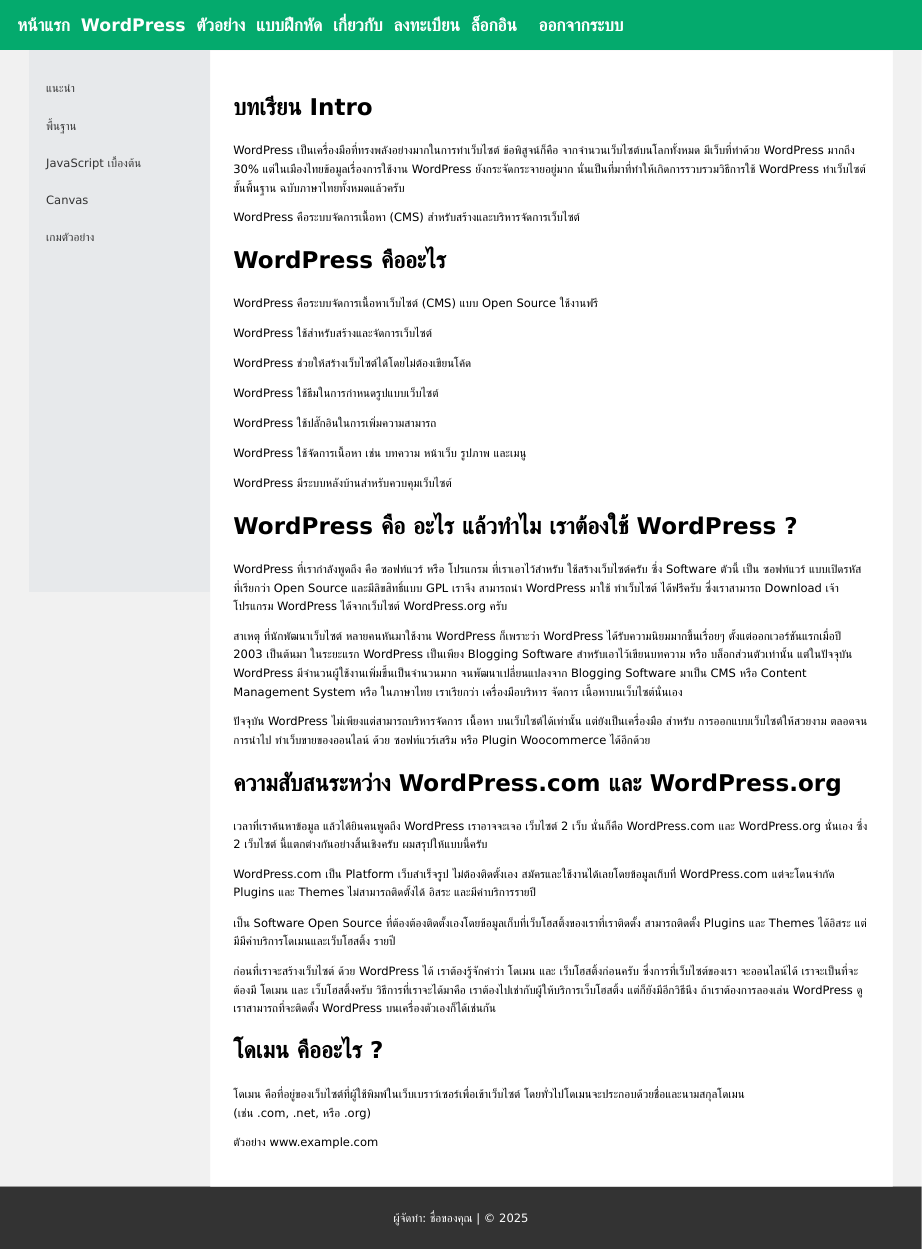
Repository: staggil/thesis
Page: lessons/intro.html
The author's editor kept a copy of each file at every save. The page is drawn from the files as they stood at one save, then again after the next save.
The browser window is 1280 px wide. The pictures show the whole page, at 72% of full size.
The page's requests for data from a server got no answer.

Above is the page before, as saved 2025-12-15 04:04:00.

After the next save:
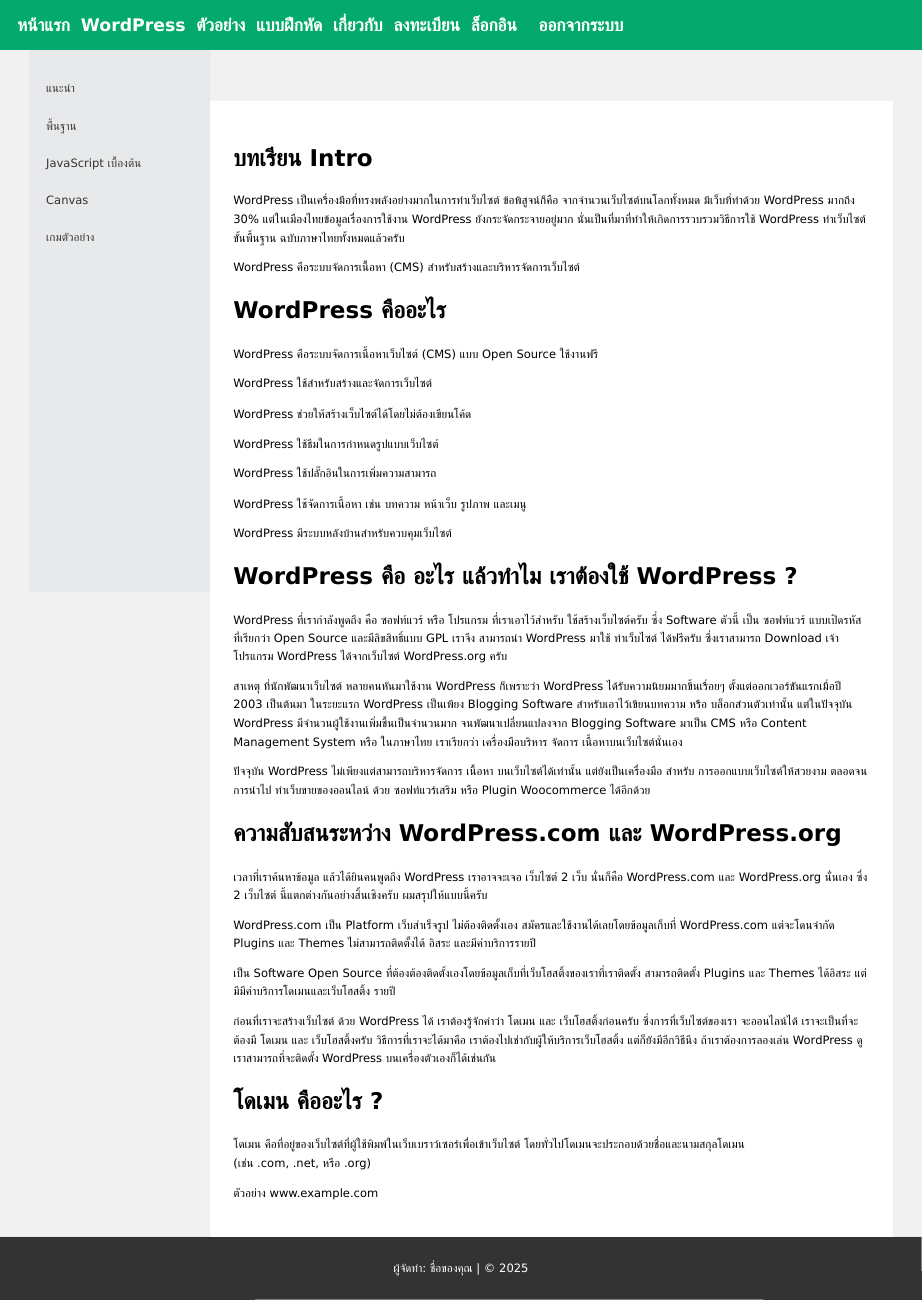
Saved 15 s later.
--- a/style.css
+++ b/style.css
@@ -81,7 +81,7 @@
     background-color: #fff;
     padding: 32px;
     max-width: 960px; /* เหมือน W3Schools */
-
+    margin-top: 70px; /* ความสูง header */
 }
 
 /* กรณีหน้า index.html ไม่มี sidebar */
